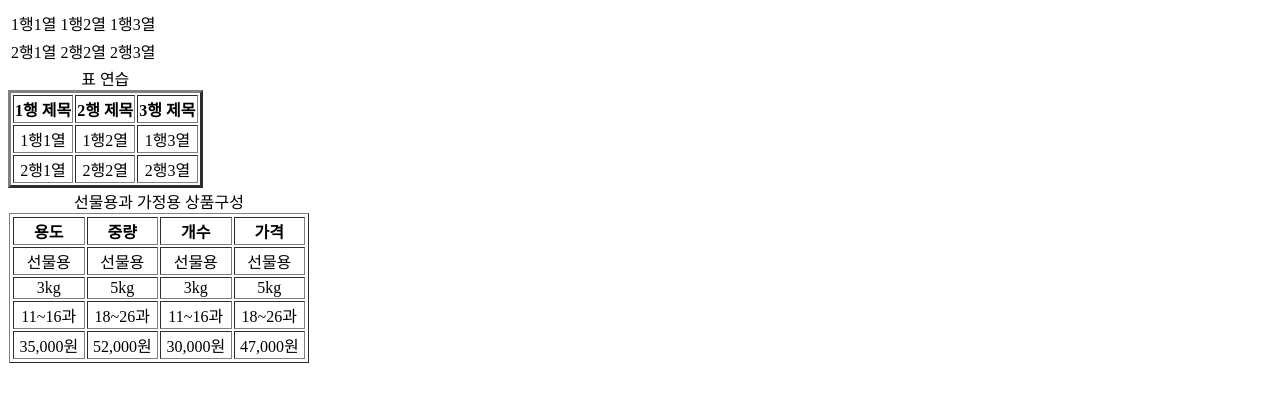
Repository: Kray273/JSLab
Page: html/src/main/webapp/Day96/table.html
An editor plug-in stored every save of this project. The page is shown before and after the next save, followed by the edit.
The browser window is 1280 px wide. The pictures show the whole page.

Above is the page before, as saved 2022-11-24 02:16:26.

### html/src/main/webapp/Day96/table.html
<!DOCTYPE html>
<html>
<head>
<meta charset="UTF-8">
<title>Table</title>

<style type="text/css">
	td {text-align: center;}
</style>

</head>
<body>

 <!-- 2행 3열  -->
<table>
	<tr><td>1행1열</td><td>1행2열</td><td>1행3열</td></tr>
	<tr><td>2행1열</td><td>2행2열</td><td>2행3열</td></tr>
</table>


 <!-- 속성추가  -->
<table border="3" >
	<caption>표 연습</caption>
	<!-- <tbody> 자동생성 -->
	<tr ><th>1행 제목</th><th>2행 제목</th><th>3행 제목</th></tr>
	<!-- caption, th는 굵은 글씨 내장 -->
	<tr><td>1행1열</td><td>1행2열</td><td>1행3열</td></tr>
	<tr><td>2행1열</td><td>2행2열</td><td>2행3열</td></tr>
	<!-- </tbody> 자동생성 -->
</table>

<!-- 테이블 만들기 -->
<table border="1" style="margin: 1px; padding: 1px; width: 300px;">
	<caption> 선물용과 가정용 상품구성</caption>
	<!-- caption은 자동 가운데 정렬 -->
	<thead>
	<tr>
		<th><center>용도</center></th>
		<!-- 직접할 수도 있지만 css를 이용하는게 효율적 -->
		<th><center>중량</center></th>
		<th><center>개수</center></th>
		<th><center>가격</center></th>
	</tr>
	</thead>
	<tbody>
	<tr>
		<td><center>선물용</center></td>
		<td><center>선물용</center></td>
		<td><center>선물용</center></td>
		<td><center>선물용</center></td>
	</tr>
	<tr>
		<td><center>3kg</center></td>
		<td><center>5kg</center></td>
		<td><center>3kg</center></td>
		<td><center>5kg</center></td>
	</tr>
	<tr>
		<td><center>11~16과</center></td>
		<td><center>18~26과</center></td>
		<td><center>11~16과</center></td>
		<td><center>18~26과</center></td>
	</tr>
	<tr>
		<td><center>35,000원</center></td>
		<td><center>52,000원</center></td>
		<td><center>30,000원</center></td>
		<td><center>47,000원</center></td>
	</tr>
	</tbody>
</table>


</body>
</html>

After the next save:
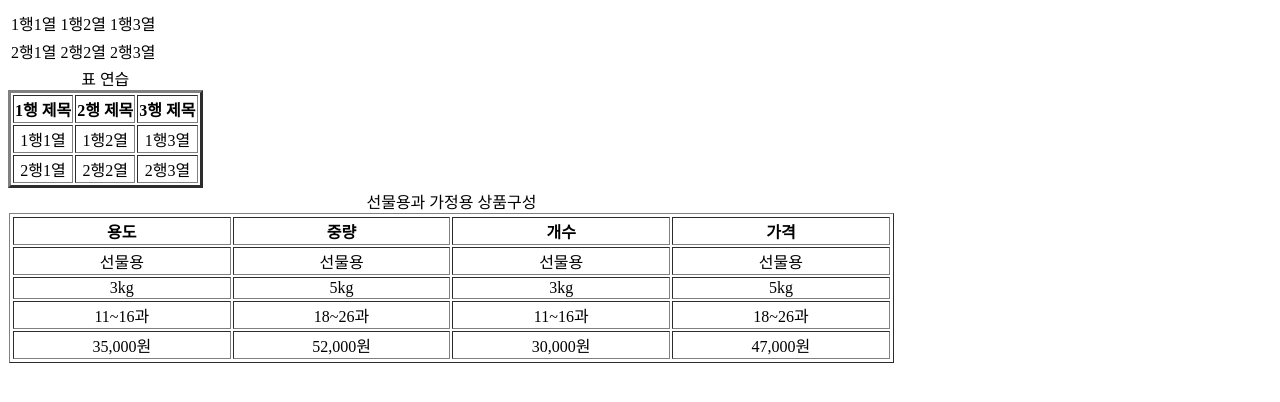
Saved 23 s later.
--- a/html/src/main/webapp/Day96/table.html
+++ b/html/src/main/webapp/Day96/table.html
@@ -30,7 +30,7 @@
 </table>
 
 <!-- 테이블 만들기 -->
-<table border="1" style="margin: 1px; padding: 1px; width: 300px;">
+<table border="1" style="margin: 1px; padding: 1px; width: 70%;">
 	<caption> 선물용과 가정용 상품구성</caption>
 	<!-- caption은 자동 가운데 정렬 -->
 	<thead>
